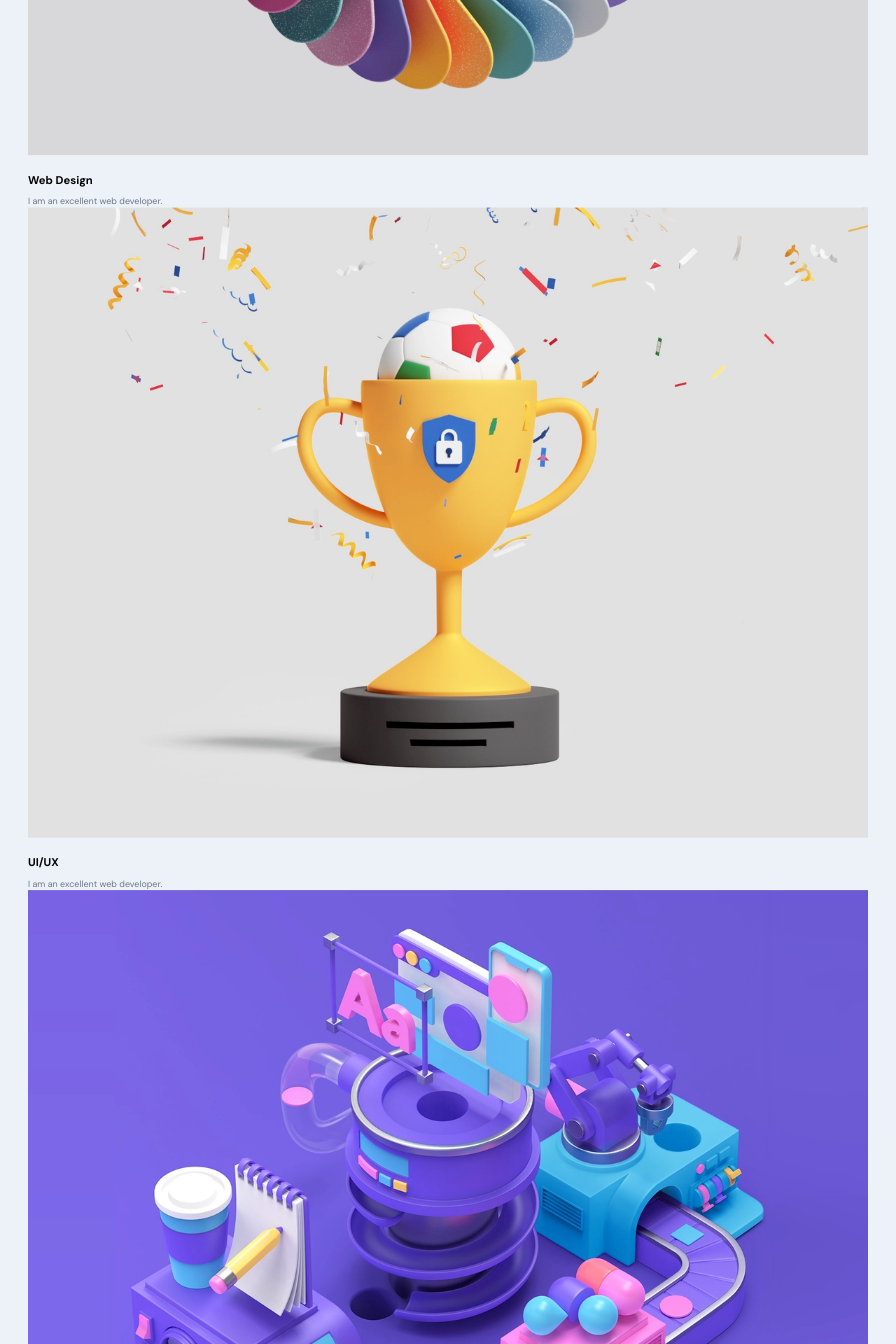
Repository: 61ZM07H36R3ML1N/Portfolio-JS
Page: / (app in frontend_react/)
These files come from the project's save history. The page is drawn as it stood at one moment and after the next save; the edit follows.
The browser window is 1280 px wide. The pictures show the part of the page from y = 2492 to 4412 px (the page is 4823 px tall), at 70% of full size.
The project was rebuilt for these pictures with package versions that can differ from the ones it lists, and the page was loaded fresh each time. Also part of the build but not shown: frontend_react/src/container/Skills/Skills.scss, frontend_react/src/container/Work/Work.scss.

Above is the page before, as saved 2022-10-17 13:09:57.

After the next save:
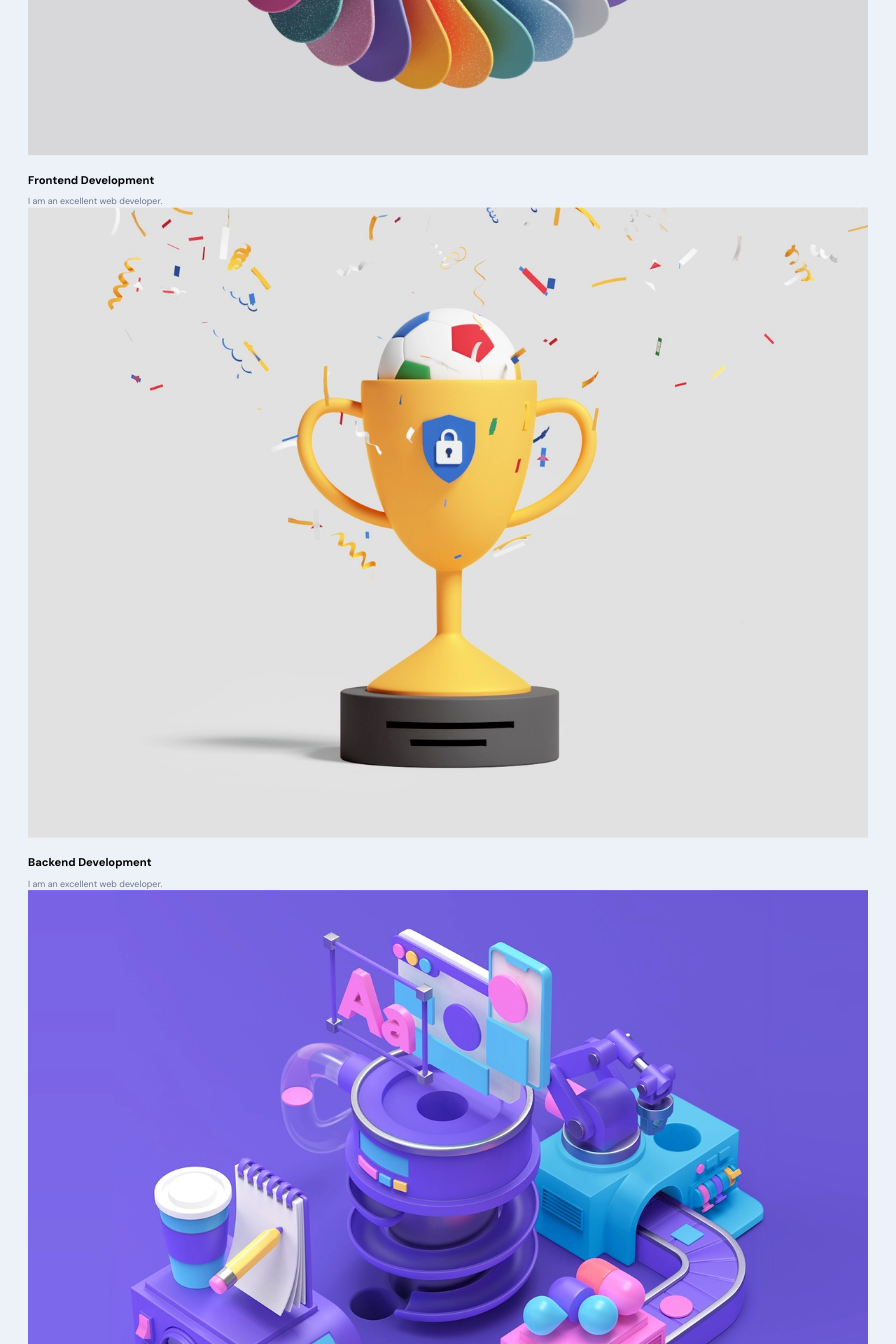
Saved 7 min 12 s later.
--- a/frontend_react/src/container/About/About.jsx
+++ b/frontend_react/src/container/About/About.jsx
@@ -11,17 +11,17 @@
     imgUrl: images.about01,
   },
   {
-    title: 'Web Design',
+    title: 'Frontend Development',
     description: 'I am an excellent web developer.',
     imgUrl: images.about02,
   },
   {
-    title: 'UI/UX',
+    title: 'Backend Development',
     description: 'I am an excellent web developer.',
     imgUrl: images.about03,
   },
   {
-    title: 'Web Animations',
+    title: 'MERN Stack',
     description: 'I am an excellent web developer.',
     imgUrl: images.about04,
   },
